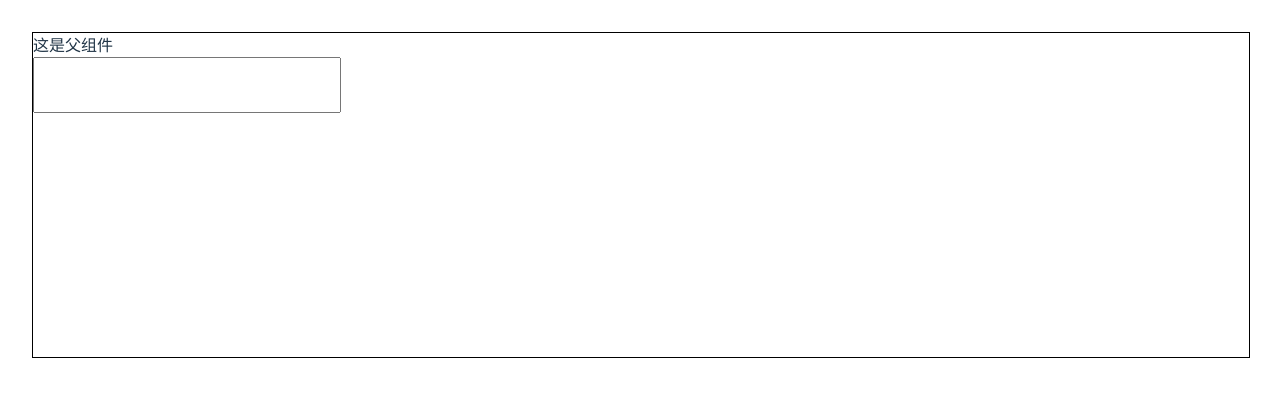
Repository: LeeypOR/management-system
Page: /
These files come from the project's save history. The page is drawn as it stood at one moment and after the next save; the edit follows.
The browser window is 1280 px wide. The pictures show the whole page.
The project was rebuilt for these pictures with package versions that can differ from the ones it lists, and the page was loaded fresh each time. Also part of the build but not shown: vite.config.ts.

Above is the page before, as saved 2023-02-24 13:05:56.
Console error: SyntaxError: Cannot use import statement outside a module

After the next save:
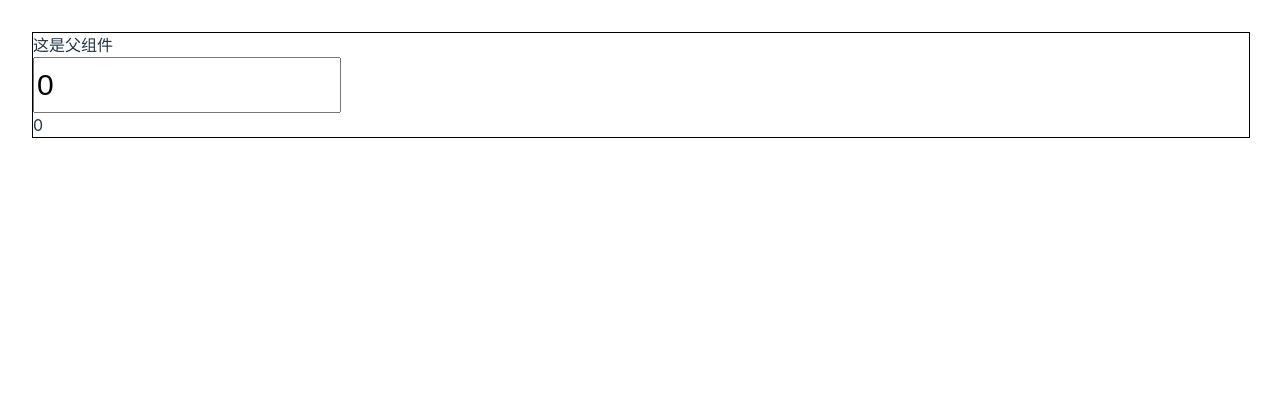
Saved 3 min 39 s later.
--- a/src/components/TransitionTest.vue
+++ b/src/components/TransitionTest.vue
@@ -1,12 +1,24 @@
 <template>
   <div class="content">
-    <input type="number" step="20" class="input">
+    <input v-model="num.current" type="number" step="20" class="input">
+  </div>
+  <div>
+    {{ num.tweenedNumber }}
   </div>
 </template>
 
 <script setup lang="ts">
+import {reactive,watch} from 'vue'
+import gsap from 'gsap'
 
+const num = reactive({
+  current:0,
+  tweenedNumber:0
+})
 
+watch(()=>num.current,(newVal,oldVal)=>{
+
+})
 </script>
 
 <style>
